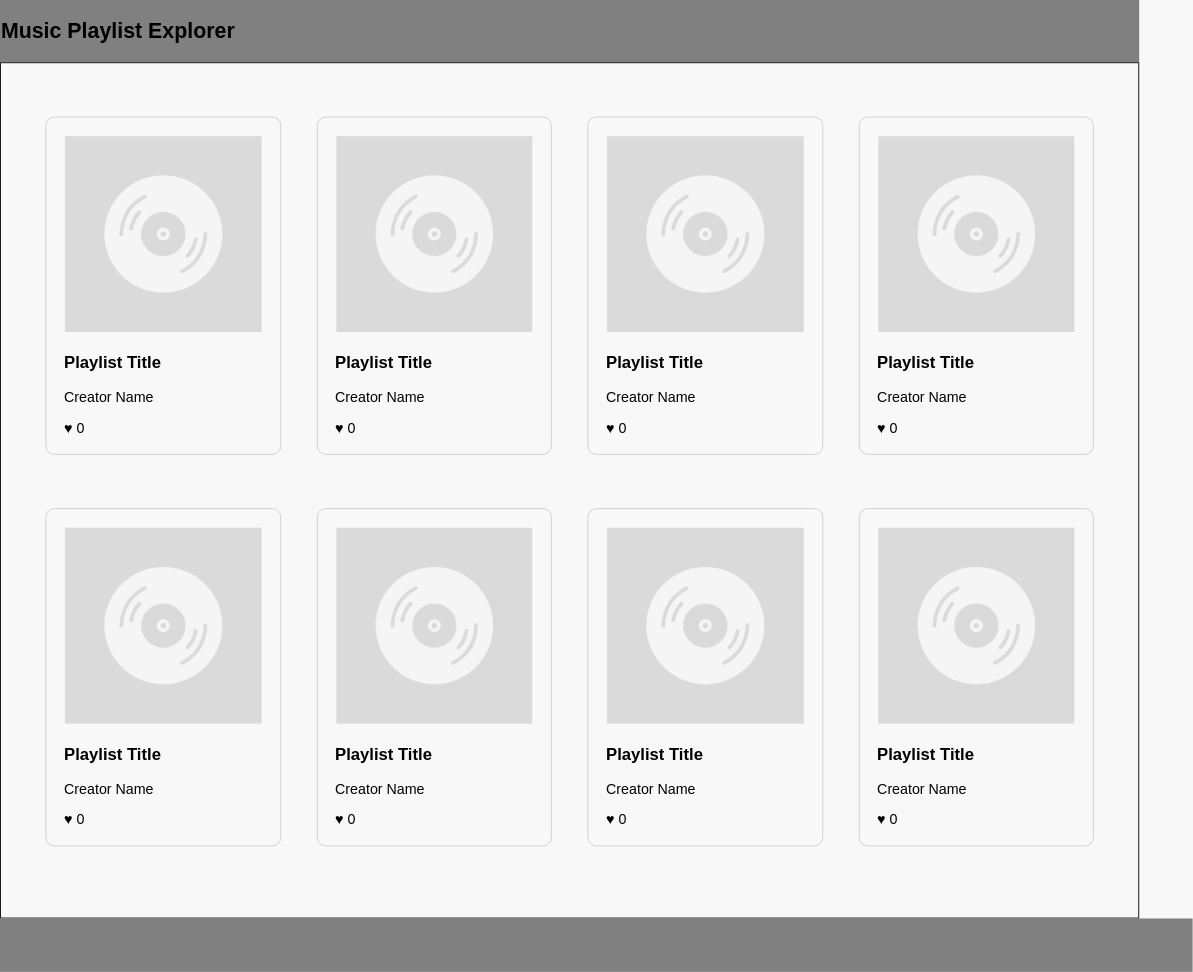
Repository: valentinaarojas/music-player-explorer
Page: index.html
An editor plug-in stored every save of this project. The page is shown before and after the next save, followed by the edit.
The browser window is 1280 px wide. The page is 1340 px wide, so the pictures cover 1340 px, including what lies to the right of the window. The pictures show the whole page, at 89% of full size.

Above is the page before, as saved 2025-02-19 16:42:02.
Console error: SyntaxError: Unexpected token '{'

### index.html
<!DOCTYPE html>
<html lang="en">
<head>
    <meta charset="UTF-8">
    <meta name="viewport" content="width=device-width, initial-scale=1.0">

    <title>Music Playlist Explorer</title>
    <link rel="icon" type="image/x-icon" href="/images/favicon.ico">

    <link rel="stylesheet" href="style.css">
</head>
<body>
    <header>
        <!-- Your header content here -->
        <div class="banner">
            <h2>Music Playlist Explorer</h2>
        </div>
    </header>

    <main>
        <!-- Your main content here -->
        <div class="playlist-cards">
            <!-- card 1 -->
            <div class="playlist-card">
                <div class="playlist-cover">
                    <img src="assets/img/playlist.png" alt="placeholder" style="width: 100%">
                </div>
                <div class="playlist-info">
                    <h3 class="playlist-title">Playlist Title</h3>
                    <p class="creator-info">Creator Name</p>
                    <div class="like-count">
                        <span>♥</span>
                        <span>0</span>
                    </div>
                </div>
            </div>
            <!-- card 2 -->
            <div class="playlist-card">
                <div class="playlist-cover">
                    <img src="assets/img/playlist.png" alt="placeholder" style="width: 100%">
                </div>
                <div class="playlist-info">
                    <h3 class="playlist-title">Playlist Title</h3>
                    <p class="creator-info">Creator Name</p>
                    <div class="like-count">
                        <span>♥</span>
                        <span>0</span>
                    </div>
                </div>
            </div>
            <!-- card 3 -->
            <div class="playlist-card">
                <div class="playlist-cover">
                    <img src="assets/img/playlist.png" alt="placeholder" style="width: 100%">
                </div>
                <div class="playlist-info">
                    <h3 class="playlist-title">Playlist Title</h3>
                    <p class="creator-info">Creator Name</p>
                    <div class="like-count">
                        <span>♥</span>
                        <span>0</span>
                    </div>
                </div>
            </div>
            <!-- card 4 -->
            <div class="playlist-card">
                <div class="playlist-cover">
                    <img src="assets/img/playlist.png" alt="placeholder" style="width: 100%">
                </div>
                <div class="playlist-info">
                    <h3 class="playlist-title">Playlist Title</h3>
                    <p class="creator-info">Creator Name</p>
                    <div class="like-count">
                        <span>♥</span>
                        <span>0</span>
                    </div>
                </div>
            </div>
            <!-- card 5 -->
            <div class="playlist-card">
                <div class="playlist-cover">
                    <img src="assets/img/playlist.png" alt="placeholder" style="width: 100%">
                </div>
                <div class="playlist-info">
                    <h3 class="playlist-title">Playlist Title</h3>
                    <p class="creator-info">Creator Name</p>
                    <div class="like-count">
                        <span>♥</span>
                        <span>0</span>
                    </div>
                </div>
            </div>
            <!-- card 6 -->
            <div class="playlist-card">
                <div class="playlist-cover">
                    <img src="assets/img/playlist.png" alt="placeholder" style="width: 100%">
                </div>
                <div class="playlist-info">
                    <h3 class="playlist-title">Playlist Title</h3>
                    <p class="creator-info">Creator Name</p>
                    <div class="like-count">
                        <span>♥</span>
                        <span>0</span>
                    </div>
                </div>
            </div>
             <!-- card 7 -->
             <div class="playlist-card">
                <div class="playlist-cover">
                    <img src="assets/img/playlist.png" alt="placeholder" style="width: 100%">
                </div>
                <div class="playlist-info">
                    <h3 class="playlist-title">Playlist Title</h3>
                    <p class="creator-info">Creator Name</p>
                    <div class="like-count">
                        <span>♥</span>
                        <span>0</span>
                    </div>
                </div>
            </div>
             <!-- card 8 -->
             <div class="playlist-card">
                <div class="playlist-cover">
                    <img src="assets/img/playlist.png" alt="placeholder" style="width: 100%">
                </div>
                <div class="playlist-info">
                    <h3 class="playlist-title">Playlist Title</h3>
                    <p class="creator-info">Creator Name</p>
                    <div class="like-count">
                        <span>♥</span>
                        <span>0</span>
                    </div>
                </div>
            </div>
        </div>
    </main>

    <footer>
        <!-- Your footer content here -->
    </footer>
    <script src="data/data.js"></script>
    <script src="script.js"></script>
</body>
</html>

### style.css
body {
    font-family: 'Arial', sans-serif;
    margin: 0;
    padding: 0;
    background-color: #f8f8f8;
}

.banner {
    background-color: grey;
    padding: 1px;
}

.playlist-cards {
    display: grid;
    grid-template-columns: repeat(4, 1fr);
    padding: 30px;
    padding-bottom: 50px;
    border: 1px solid rgb(0, 0, 0);
}

.playlist-card {
    padding: 20px;
    margin: 30px 20px;
    border-radius: 10px;
    border: 1px solid #ccc;
}

.playlist-cover {
    padding: 1px;
}

footer {
    background-color: grey;
    padding: 30px;
    width: 100%;
}

### data/data.js
let data = { "playlists": [
    {
      "playlistID": 0,
      "playlist_name": "Late Night Drive",
      "playlist_creator": "Melody Maven",
      "playlist_art": "https://picsum.photos/id/36/200",
      "likeCount": 0,
      "songs": [
        {
          "songID": 0,
          "title": "Nightcall",
          "artist": "Kavinsky",
          "album": "Nightcall",
          "cover_art": "https://picsum.photos/id/43/200",
          "duration": "4:18"
        },
        {
          "songID": 1,
          "title": "Drive",
          "artist": "The Cars",
          "album": "Heartbeat City",
          "cover_art": "https://picsum.photos/id/45/200",
          "duration": "3:55"
        },
        {
          "songID": 2,
          "title": "Cruisin'",
          "artist": "Smokey Robinson",
          "album": "One Heartbeat",
          "cover_art": "https://picsum.photos/id/88/200",
          "duration": "4:30"
        },
        {
          "songID": 3,
          "title": "Night Moves",
          "artist": "Bob Seger",
          "album": "Night Moves",
          "cover_art": "https://picsum.photos/id/84/200",
          "duration": "5:25"
        },
        {
          "songID": 4,
          "title": "Moonlight Drive",
          "artist": "The Doors",
          "album": "Strange Days",
          "cover_art": "https://picsum.photos/id/122/200",
          "duration": "3:04"
        }
      ]
    },
    {
      "playlistID": 1,
      "playlist_name": "That Summer '16 Feeling",
      "playlist_creator": "Groove Guardian",
      "playlist_art": "https://picsum.photos/id/117/200",
      "likeCount": 10,
      "songs": [
        {
          "songID": 5,
          "title": "One Dance",
          "artist": "Drake",
          "album": "Views",
          "cover_art": "https://picsum.photos/id/21/200",
          "duration": "2:53"
        },
        {
          "songID": 6,
          "title": "Cheap Thrills",
          "artist": "Sia",
          "album": "This Is Acting",
          "cover_art": "https://picsum.photos/id/56/200",
          "duration": "3:31"
        },
        {
          "songID": 7,
          "title": "Don't Let Me Down",
          "artist": "The Chainsmokers ft. Daya",
          "album": "Collage",
          "cover_art": "https://picsum.photos/id/145/200",
          "duration": "3:28"
        },
        {
          "songID": 8,
          "title": "This Is What You Came For",
          "artist": "Calvin Harris ft. Rihanna",
          "album": "This Is What You Came For",
          "cover_art": "https://picsum.photos/id/160/200",
          "duration": "3:42"
        },
        {
          "songID": 9,
          "title": "Ride",
          "artist": "Twenty One Pilots",
          "album": "Blurryface",
          "cover_art": "https://picsum.photos/id/133/200",
          "duration": "3:34"
        }
      ]
    },
    {
      "playlistID": 2,
      "playlist_name": "Workout Beats",
      "playlist_creator": "Harmony Herald",
      "playlist_art": "https://picsum.photos/id/1077/200",
      "likeCount": 2,
      "songs": [
        {
          "songID": 10,
          "title": "Eye of the Tiger",
          "artist": "Survivor",
          "album": "Eye of the Tiger",
          "cover_art": "https://picsum.photos/id/593/200",
          "duration": "4:05"
        },
        {
          "songID": 11,
          "title": "Stronger",
          "artist": "Kanye West",
          "album": "Graduation",
          "cover_art": "https://picsum.photos/id/169/200",
          "duration": "5:12"
        },
        {
          "songID": 12,
          "title": "Lose Yourself",
          "artist": "Eminem",
          "album": "8 Mile Soundtrack",
          "cover_art": "https://picsum.photos/id/171/200",
          "duration": "5:26"
        },
        {
          "songID": 13,
          "title": "Uptown Funk",
          "artist": "Mark Ronson ft. Bruno Mars",
          "album": "Uptown Special",
          "cover_art": "https://picsum.photos/id/274/200",
          "duration": "4:30"
        },
        {
          "songID": 14,
          "title": "Can't Stop the Feeling!",
          "artist": "Justin Timberlake",
          "album": "Trolls (Original Motion Picture Soundtrack)",
          "cover_art": "https://picsum.photos/id/304/200",
          "duration": "3:56"
        }
      ]
    },
    {
      "playlistID": 3,
      "playlist_name": "Road Trip Anthems",
      "playlist_creator": "Playlist Pioneer",
      "playlist_art": "https://picsum.photos/id/314/200",
      "likeCount": 5,
      "songs": [
        {
          "songID": 15,
          "title": "Life Is a Highway",
          "artist": "Tom Cochrane",
          "album": "Mad Mad World",
          "cover_art": "https://picsum.photos/id/352/200",
          "duration": "4:26"
        },
        {
          "songID": 16,
          "title": "Born to Run",
          "artist": "Bruce Springsteen",
          "album": "Born to Run",
          "cover_art": "https://picsum.photos/id/361/200",
          "duration": "4:30"
        },
        {
          "songID": 17,
          "title": "Take It Easy",
          "artist": "Eagles",
          "album": "Eagles",
          "cover_art": "https://picsum.photos/id/365/200",
          "duration": "3:31"
        },
        {
          "songID": 18,
          "title": "Route 66",
          "artist": "Chuck Berry",
          "album": "Get Your Kicks on Route 66",
          "cover_art": "https://picsum.photos/id/371/200",
          "duration": "2:53"
        },
        {
          "songID": 19,
          "title": "On the Road Again",
          "artist": "Willie Nelson",
          "album": "Honeysuckle Rose",
          "cover_art": "https://picsum.photos/id/382/200",
          "duration": "2:33"
        }
      ]
    },
    {
      "playlistID": 4,
      "playlist_name": "Boss Chick Energy",
      "playlist_creator": "Tempo Tactician",
      "playlist_art": "https://picsum.photos/id/449/200",
      "likeCount": 0,
      "songs": [
        {
          "songID": 20,
          "title": "Run the World (Girls)",
          "artist": "Beyoncé",
          "album": "4",
          "cover_art": "https://picsum.photos/id/550/200",
          "duration": "3:56"
        },
        {
          "songID": 21,
          "title": "I'm Every Woman",
          "artist": "Chaka Khan",
          "album": "Chaka",
          "cover_art": "https://picsum.photos/id/646/200",
          "duration": "4:07"
        },
        {
          "songID": 22,
          "title": "Independent Women, Pt. 1",
          "artist": "Destiny's Child",
          "album": "Survivor",
          "cover_art": "https://picsum.photos/id/660/200",
          "duration": "3:41"
        },
        {
          "songID": 23,
          "title": "Confident",
          "artist": "Demi Lovato",
          "album": "Confident",
          "cover_art": "https://picsum.photos/id/680/200",
          "duration": "3:25"
        },
        {
          "songID": 24,
          "title": "Feeling Myself",
          "artist": "Nicki Minaj ft. Beyoncé",
          "album": "The Pinkprint",
          "cover_art": "https://picsum.photos/id/822/200",
          "duration": "3:57"
        }
      ]
    },
    {
      "playlistID": 5,
      "playlist_name": "Rainy Nights",
      "playlist_creator": "Sonic Sage",
      "playlist_art": "https://picsum.photos/id/115/200",
      "likeCount": 24,
      "songs": [
        {
          "songID": 25,
          "title": "Purple Rain",
          "artist": "Prince",
          "album": "Purple Rain",
          "cover_art": "https://picsum.photos/id/123/200",
          "duration": "8:41"
        },
        {
          "songID": 26,
          "title": "November Rain",
          "artist": "Guns N' Roses",
          "album": "Use Your Illusion I",
          "cover_art": "https://picsum.photos/id/171/200",
          "duration": "8:57"
        },
        {
          "songID": 27,
          "title": "Riders on the Storm",
          "artist": "The Doors",
          "album": "L.A. Woman",
          "cover_art": "https://picsum.photos/id/172/200",
          "duration": "7:14"
        },
        {
          "songID": 28,
          "title": "I Can't Stand the Rain",
          "artist": "Ann Peebles",
          "album": "I Can't Stand the Rain",
          "cover_art": "https://picsum.photos/id/178/200",
          "duration": "2:31"
        },
        {
          "songID": 29,
          "title": "Set Fire to the Rain",
          "artist": "Adele",
          "album": "21",
          "cover_art": "https://picsum.photos/id/680/200",
          "duration": "4:02"
        }
      ]
    },
    {
      "playlistID": 6,
      "playlist_name": "90's R&B",
      "playlist_creator": "Vinyl Virtuoso",
      "playlist_art": "https://picsum.photos/id/815/200",
      "likeCount": 3,
      "songs": [
        {
          "songID": 30,
          "title": "No Diggity",
          "artist": "Blackstreet ft. Dr. Dre",
          "album": "Another Level",
          "cover_art": "https://picsum.photos/id/856/200",
          "duration": "5:06"
        },
        {
          "songID": 31,
          "title": "Waterfalls",
          "artist": "TLC",
          "album": "CrazySexyCool",
          "cover_art": "https://picsum.photos/id/871/200",
          "duration": "4:39"
        },
        {
          "songID": 32,
          "title": "Creep",
          "artist": "TLC",
          "album": "CrazySexyCool",
          "cover_art": "https://picsum.photos/id/891/200",
          "duration": "4:29"
        },
        {
          "songID": 33,
          "title": "On Bended Knee",
          "artist": "Boyz II Men",
          "album": "II",
          "cover_art": "https://picsum.photos/id/1013/200",
          "duration": "4:05"
        },
        {
          "songID": 34,
          "title": "Fantasy",
          "artist": "Mariah Carey",
          "album": "Daydream",
          "cover_art": "https://picsum.photos/id/1014/200",
          "duration": "4:04"
        }
      ]
    },
    {
      "playlistID": 7,
      "playlist_name": "Nothing But The Classics",
      "playlist_creator": "Melody Maven",
      "playlist_art": "https://picsum.photos/id/22/200",
      "likeCount": 3,
      "songs": [
        {
          "songID": 35,
          "title": "Bohemian Rhapsody",
          "artist": "Queen",
          "album": "A Night at the Opera",
          "cover_art": "https://picsum.photos/id/39/200",
          "duration": "5:55"
        },
        {
          "songID": 36,
          "title": "Hotel California",
          "artist": "Eagles",
          "album": "Hotel California",
          "cover_art": "https://picsum.photos/id/57/200",
          "duration": "6:30"
        },
        {
          "songID": 37,
          "title": "Stairway to Heaven",
          "artist": "Led Zeppelin",
          "album": "Led Zeppelin IV",
          "cover_art": "https://picsum.photos/id/221/200",
          "duration": "8:02"
        },
        {
          "songID": 38,
          "title": "Sweet Child o' Mine",
          "artist": "Guns N' Roses",
          "album": "Appetite for Destruction",
          "cover_art": "https://picsum.photos/id/822/200",
          "duration": "5:55"
        },
        {
          "songID": 39,
          "title": "Imagine",
          "artist": "John Lennon",
          "album": "Imagine",
          "cover_art": "https://picsum.photos/id/823/200",
          "duration": "3:04"
        }
      ]
    },
    {
      "playlistID": 8,
      "playlist_name": "Ohh That Baseline",
      "playlist_creator": "Bassline Buddy",
      "playlist_art": "https://picsum.photos/id/836/200",
      "likeCount": 0,
      "songs": [
        {
          "songID": 40,
          "title": "Another One Bites the Dust",
          "artist": "Queen",
          "album": "The Game",
          "cover_art": "https://picsum.photos/id/839/200",
          "duration": "3:36"
        },
        {
          "songID": 41,
          "title": "Billie Jean",
          "artist": "Michael Jackson",
          "album": "Thriller",
          "cover_art": "https://picsum.photos/id/903/200",
          "duration": "4:54"
        },
        {
          "songID": 42,
          "title": "Superstition",
          "artist": "Stevie Wonder",
          "album": "Talking Book",
          "cover_art": "https://picsum.photos/id/978/200",
          "duration": "4:26"
        },
        {
          "songID": 43,
          "title": "Smooth Criminal",
          "artist": "Michael Jackson",
          "album": "Bad",
          "cover_art": "https://picsum.photos/id/1004/200",
          "duration": "4:17"
        },
        {
          "songID": 44,
          "title": "Money for Nothing",
          "artist": "Dire Straits",
          "album": "Brothers in Arms",
          "cover_art": "https://picsum.photos/id/1025/200",
          "duration": "8:26"
        }
      ]
    }
  ]
}

### script.js
body {
    font-family: 'Arial', sans-serif;
    margin: 0;
    padding: 0;
    background-color: #f8f8f8;
}

After the next save:
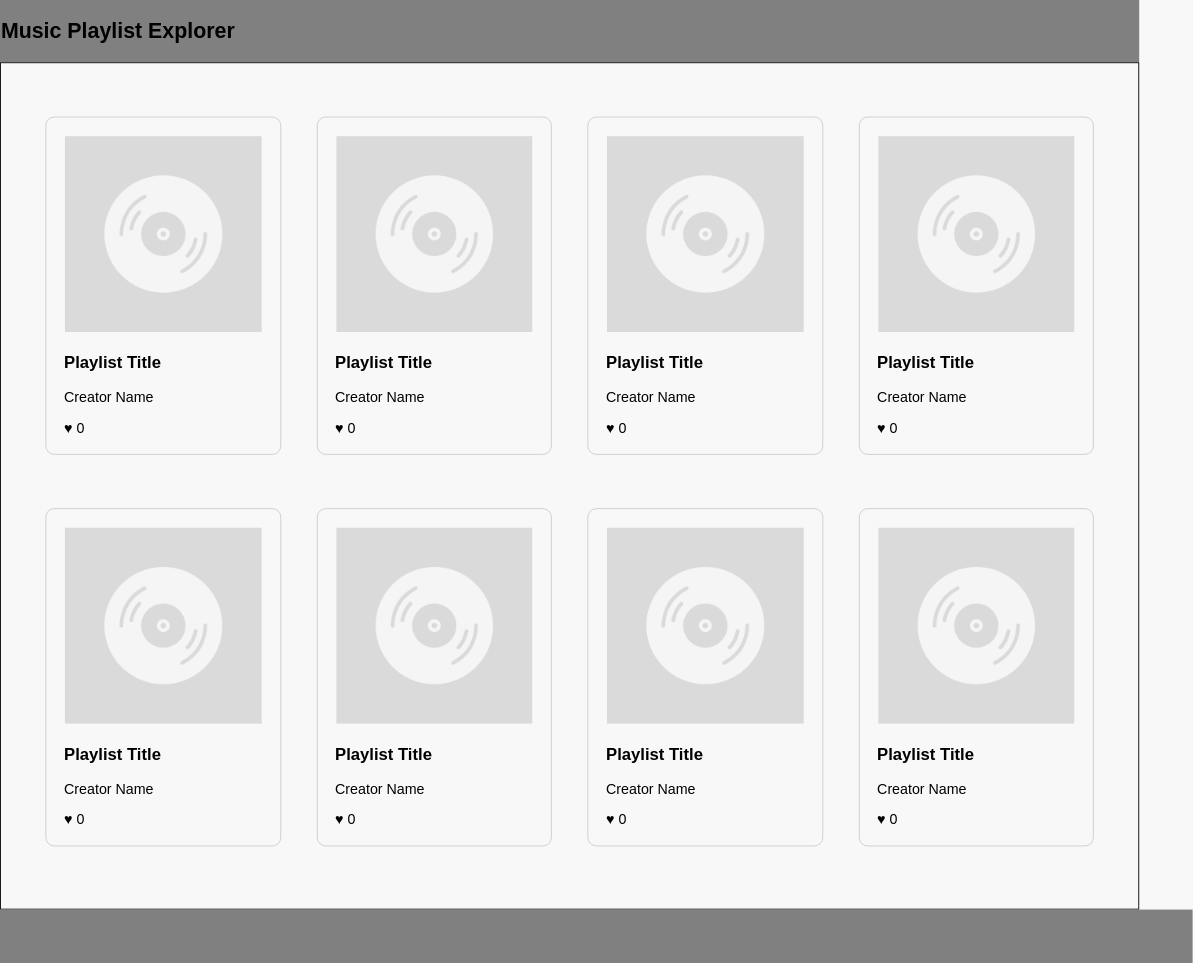
Saved 65 s later.
--- a/style.css
+++ b/style.css
@@ -14,7 +14,7 @@ body {
     display: grid;
     grid-template-columns: repeat(4, 1fr);
     padding: 30px;
-    padding-bottom: 50px;
+    padding-bottom: 40px;
     border: 1px solid rgb(0, 0, 0);
 }
 
